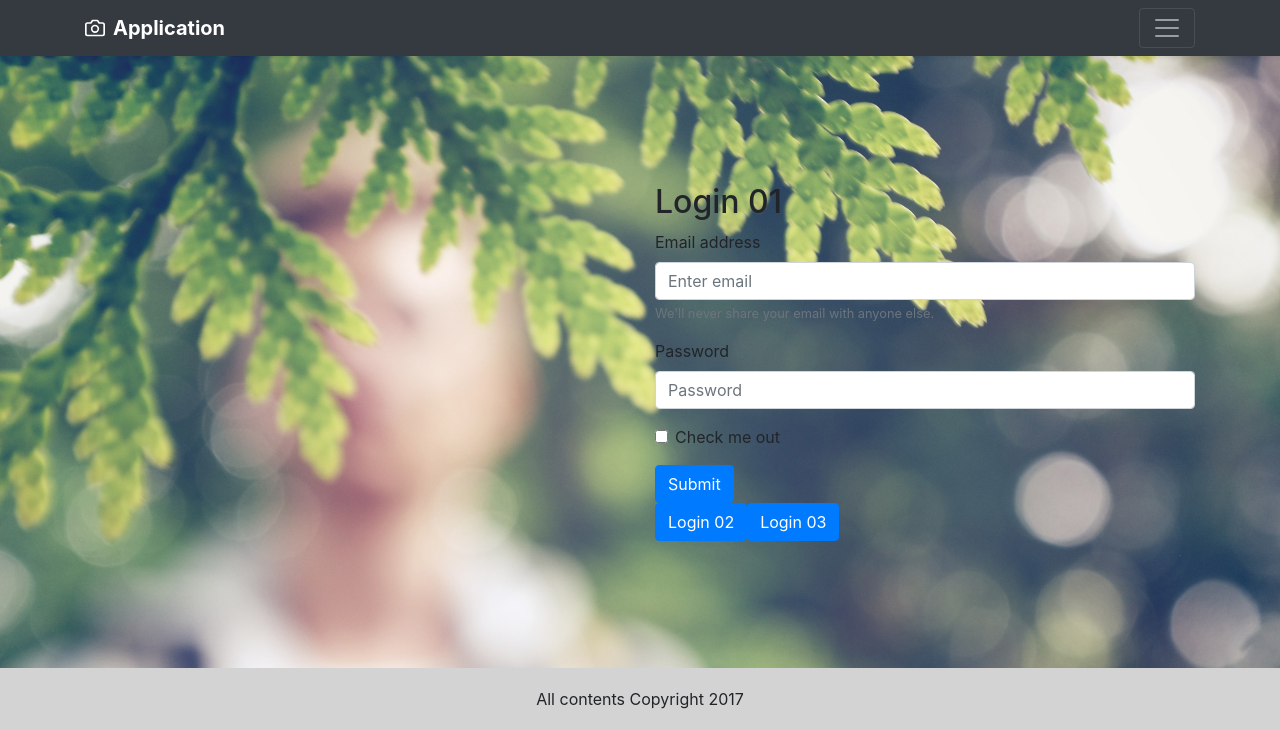
Repository: bijoysen/angular7-landing-login
Page: /
The author's editor kept a copy of each file at every save. The page is drawn from the files as they stood at one save, then again after the next save.
The browser window is 1280 px wide. The pictures show the whole page.
The project was rebuilt for these pictures with package versions that can differ from the ones it lists, and the page was loaded fresh each time. Also part of the build but not shown: angular.json, src/app/pre/landing/landing.component.ts, src/app/pre/login-three/login-three.component.ts.

Above is the page before, as saved 2018-12-17 19:34:40.

### src/index.html
<!doctype html>
<html lang="en">
<head>
  <meta charset="utf-8">
  <title>Angular7LandingLogin</title>
  <base href="/">

  <meta name="viewport" content="width=device-width, initial-scale=1">
  <link rel="icon" type="image/x-icon" href="favicon.ico">
</head>
<body>
  <app-root></app-root>
</body>
</html>

### src/app/app.module.ts
import { BrowserModule } from '@angular/platform-browser';
import { NgModule } from '@angular/core';

import { AppRoutingModule } from './app-routing.module';
import { AppComponent } from './app.component';
import { HeaderComponent } from './shared/header/header.component';
import { FooterComponent } from './shared/footer/footer.component';
import { LandingComponent } from './pre/landing/landing.component';
import { LoginOneComponent } from './pre/login-one/login-one.component';
import { LoginTwoComponent } from './pre/login-two/login-two.component';
import { LoginThreeComponent } from './pre/login-three/login-three.component';

@NgModule({
  declarations: [
    AppComponent,
    HeaderComponent,
    FooterComponent,
    LandingComponent,
    LoginOneComponent,
    LoginTwoComponent,
    LoginThreeComponent
  ],
  imports: [
    BrowserModule,
    AppRoutingModule
  ],
  providers: [],
  bootstrap: [AppComponent]
})
export class AppModule { }

### src/app/app.component.ts
import { Component } from '@angular/core';

@Component({
  selector: 'app-root',
  templateUrl: './app.component.html',
  styleUrls: ['./app.component.scss']
})
export class AppComponent {
  title = 'angular7-landing-login';
}

### src/app/pre/login-one/login-one.component.ts
import { Component, OnInit } from '@angular/core';

@Component({
  selector: 'app-login-one',
  templateUrl: './login-one.component.html',
  styleUrls: ['./login-one.component.scss']
})
export class LoginOneComponent implements OnInit {

  constructor() { }

  ngOnInit() {
  }

}

### src/app/app.component.html
<app-header></app-header>
<router-outlet></router-outlet>
<!-- <app-landing></app-landing> -->
<app-login-one></app-login-one>
<!-- <app-login-two></app-login-two> -->
<!-- <app-login-three></app-login-three> -->

<app-footer></app-footer>

### src/app/shared/header/header.component.html
<header>
	<!-- <div class="collapse bg-dark" id="navbarHeader">
		<div class="container">
			<div class="row">
				<div class="col-sm-8 col-md-7 py-4">
					<h4 class="text-white">About</h4>
					<p class="text-muted">Add some information about the album below, the author, or any other background context. Make it a few sentences long so folks can pick up some informative tidbits. Then, link them off to some social networking sites or contact information.</p>
				</div>
				<div class="col-sm-4 offset-md-1 py-4">
					<h4 class="text-white">Contact</h4>
					<ul class="list-unstyled">
						<li><a href="#" class="text-white">Follow on Twitter</a></li>
						<li><a href="#" class="text-white">Like on Facebook</a></li>
						<li><a href="#" class="text-white">Email me</a></li>
					</ul>
				</div>
			</div>
		</div>
	</div> -->
	<div class="navbar navbar-dark bg-dark shadow-sm">
		<div class="container d-flex justify-content-between">
			<a href="#" class="navbar-brand d-flex align-items-center">
				<svg xmlns="http://www.w3.org/2000/svg" width="20" height="20" viewBox="0 0 24 24" fill="none" stroke="currentColor" stroke-width="2" stroke-linecap="round" stroke-linejoin="round" class="mr-2"><path d="M23 19a2 2 0 0 1-2 2H3a2 2 0 0 1-2-2V8a2 2 0 0 1 2-2h4l2-3h6l2 3h4a2 2 0 0 1 2 2z"></path><circle cx="12" cy="13" r="4"></circle></svg>
				<strong>Application</strong>
			</a>
			<button class="navbar-toggler" type="button" data-toggle="collapse" data-target="#navbarHeader" aria-controls="navbarHeader" aria-expanded="false" aria-label="Toggle navigation">
			<span class="navbar-toggler-icon"></span>
			</button>
		</div>
	</div>
</header>

### src/app/shared/footer/footer.component.html
<footer class="pageFooter text-center">
  <p>All contents Copyright 2017</p>
</footer>

### src/app/shared/footer/footer.component.scss
.pageFooter {
    background: #d3d3d3;
    padding: 19px 0;
    p {
        margin-bottom: 0;
    }
}

### src/app/pre/login-one/login-one.component.html
<!-- Common Part Start -->
<section class="pageContent" style="background-image: url('assets/images/05.jpg')">
	<div class="container">
		<div class="row align-items-center">
			<div class="col-md-6"></div>
			<div class="col-md-6">
                <!-- New Section Start -->
                <h2>Login 01</h2>
                <form>
                    <div class="form-group">
                        <label for="exampleInputEmail1">Email address</label>
                        <input type="email" class="form-control" id="exampleInputEmail1" aria-describedby="emailHelp" placeholder="Enter email">
                        <small id="emailHelp" class="form-text text-muted">We'll never share your email with anyone else.</small>
                    </div>
                    <div class="form-group">
                        <label for="exampleInputPassword1">Password</label>
                        <input type="password" class="form-control" id="exampleInputPassword1" placeholder="Password">
                    </div>
                    <div class="form-group form-check">
                        <input type="checkbox" class="form-check-input" id="exampleCheck1">
                        <label class="form-check-label" for="exampleCheck1">Check me out</label>
                    </div>
                    <button type="submit" class="btn btn-primary">Submit</button>
                </form>

                <button type="submit" class="btn btn-primary">Login 02</button>
                <button type="submit" class="btn btn-primary">Login 03</button>
                <!-- New Section End -->
			</div>
		</div>
	</div>
</section>
<!-- Common Part End -->

### src/app/pre/login-one/login-one.component.scss
.pageContent {
    background-repeat: no-repeat;
    background-size: cover;
    background-position: center top;
    > .container > .row {
        height: 85vh;
    }
}

### src/app/pre/login-two/login-two.component.ts
import { Component, OnInit } from '@angular/core';

@Component({
  selector: 'app-login-two',
  templateUrl: './login-two.component.html',
  styleUrls: ['./login-two.component.scss']
})
export class LoginTwoComponent implements OnInit {

  constructor() { }

  ngOnInit() {
  }

}

### src/app/pre/login-two/login-two.component.html
<!-- Common Part Start -->
<section class="pageContent" style="background-image: url('assets/images/03.jpg')">
	<div class="container">
		<div class="row align-items-center">
			<div class="col-md-6"></div>
			<div class="col-md-6">
				<!-- New Section Start -->
				<h2>Login 02</h2>

				<form>
					<div class="form-group">
						<label for="exampleInputEmail1">Email address</label>
						<input type="email" class="form-control" id="exampleInputEmail1" aria-describedby="emailHelp" placeholder="Enter email">
						<small id="emailHelp" class="form-text text-muted">We'll never share your email with anyone else.</small>
					</div>
					<div class="form-group">
						<label for="exampleInputPassword1">Password</label>
						<input type="password" class="form-control" id="exampleInputPassword1" placeholder="Password">
					</div>
					<div class="form-group form-check">
						<input type="checkbox" class="form-check-input" id="exampleCheck1">
						<label class="form-check-label" for="exampleCheck1">Check me out</label>
					</div>
					<button type="submit" class="btn btn-primary">Submit</button>
				</form>

				<button type="submit" class="btn btn-primary">Login 01</button>
				<button type="submit" class="btn btn-primary">Login 03</button>
				<!-- New Section End -->
			</div>
		</div>
	</div>
</section>
<!-- Common Part End -->

### src/app/pre/login-two/login-two.component.scss
.pageContent {
    background-repeat: no-repeat;
    background-size: cover;
    background-position: center top;
    color: #fff;
    > .container > .row {
        height: 85vh;
    }
}

Loaded but not shown: src/styles.scss (common file); src/main.ts (common file); src/environments/environment.ts (common file); src/app/app-routing.module.ts (common file); src/app/shared/header/header.component.ts (common file); src/app/shared/footer/footer.component.ts (common file); src/app/shared/header/header.component.scss (no stored copy; drawn as an empty file); src/app/app.component.scss (no stored copy; drawn as an empty file)

After the next save:
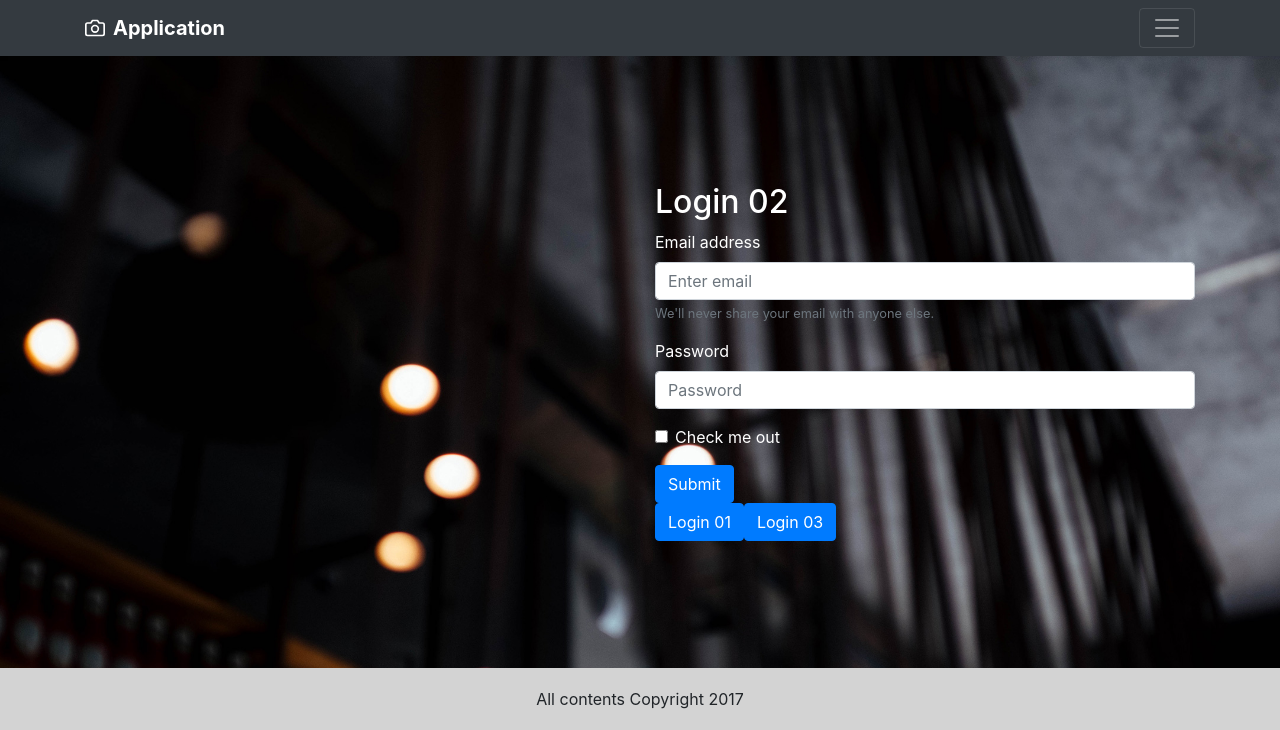
Saved 7 s later.
--- a/src/app/app.component.html
+++ b/src/app/app.component.html
@@ -1,8 +1,8 @@
 <app-header></app-header>
 <router-outlet></router-outlet>
 <!-- <app-landing></app-landing> -->
-<app-login-one></app-login-one>
-<!-- <app-login-two></app-login-two> -->
+<!-- <app-login-one></app-login-one> -->
+<app-login-two></app-login-two>
 <!-- <app-login-three></app-login-three> -->
 
 <app-footer></app-footer>
